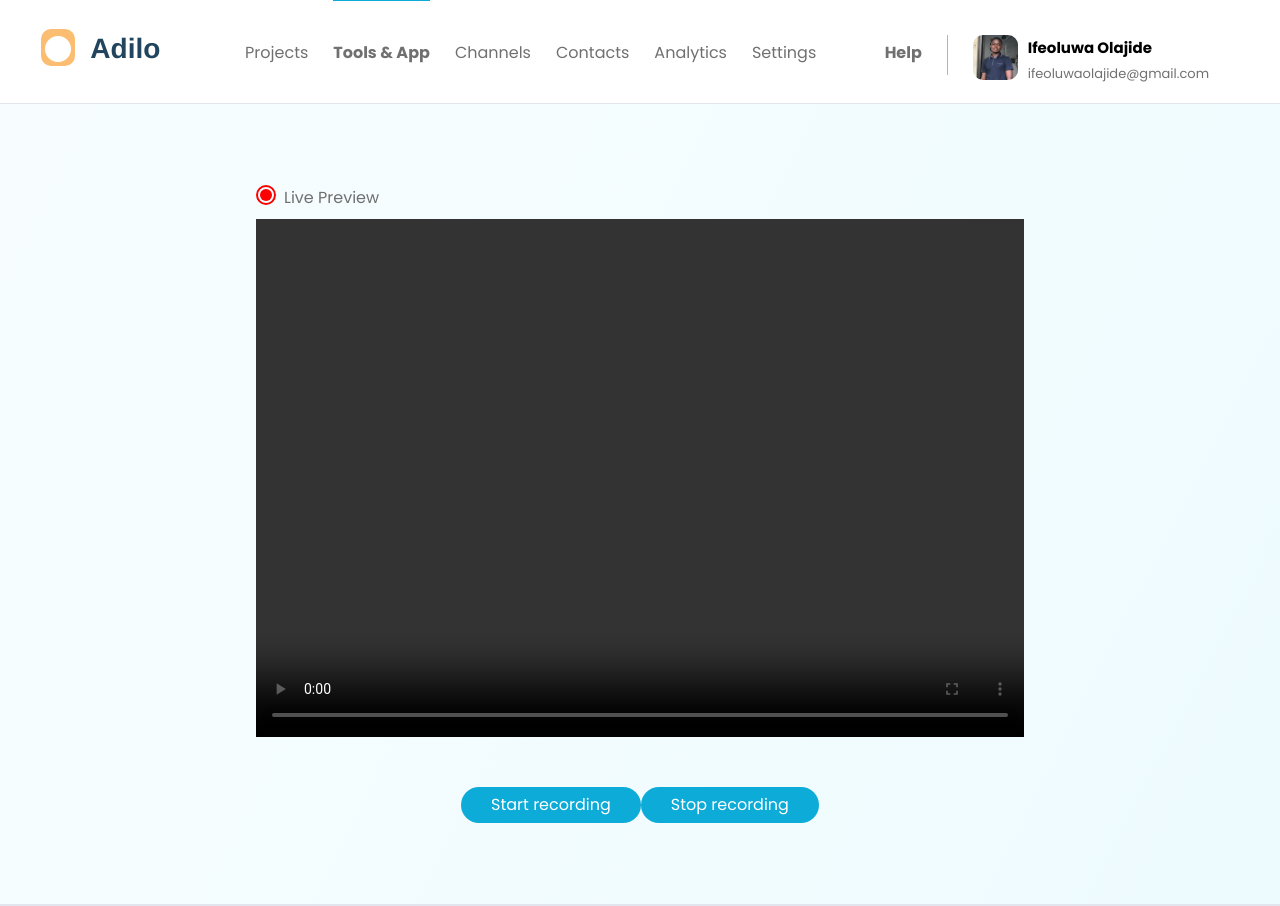
Repository: olhighjay/video_recorder
Page: /
These files come from the project's save history. The page is drawn as it stood at one moment and after the next save; the edit follows.
The browser window is 1280 px wide. The pictures show the whole page.
Some web libraries are served in a nearby version. The project was rebuilt for these pictures with package versions that can differ from the ones it lists, and the page was loaded fresh each time. Also part of the build but not shown: vue.config.js, src/components/DataTable.vue, src/components/EmptyRecorded.vue.

Above is the page before, as saved 2022-07-29 18:46:24.

### public/index.html
<!DOCTYPE html>
<html lang="">
  <head>
    <meta charset="utf-8">
    <meta http-equiv="X-UA-Compatible" content="IE=edge">
    <meta name="viewport" content="width=device-width,initial-scale=1.0">
    <link rel="icon" href="<%= BASE_URL %>favicon.ico">
    <title><%= htmlWebpackPlugin.options.title %></title>
    <link rel="stylesheet" href="https://cdn.jsdelivr.net/npm/bootstrap@4.0.0/dist/css/bootstrap.min.css" integrity="sha384-Gn5384xqQ1aoWXA+058RXPxPg6fy4IWvTNh0E263XmFcJlSAwiGgFAW/dAiS6JXm" crossorigin="anonymous">
    <link rel="stylesheet" href="https://cdnjs.cloudflare.com/ajax/libs/font-awesome/6.1.2/css/all.min.css" integrity="sha512-1sCRPdkRXhBV2PBLUdRb4tMg1w2YPf37qatUFeS7zlBy7jJI8Lf4VHwWfZZfpXtYSLy85pkm9GaYVYMfw5BC1A==" crossorigin="anonymous" referrerpolicy="no-referrer" />
  </head>
  <body>
    <noscript>
      <strong>We're sorry but <%= htmlWebpackPlugin.options.title %> doesn't work properly without JavaScript enabled. Please enable it to continue.</strong>
    </noscript>
    <div id="app"></div>
    <!-- built files will be auto injected -->

    <script src="https://cdnjs.cloudflare.com/ajax/libs/font-awesome/6.1.2/js/all.min.js" integrity="sha512-8pHNiqTlsrRjVD4A/3va++W1sMbUHwWxxRPWNyVlql3T+Hgfd81Qc6FC5WMXDC+tSauxxzp1tgiAvSKFu1qIlA==" crossorigin="anonymous" referrerpolicy="no-referrer"></script>
    <script src="https://code.jquery.com/jquery-3.2.1.slim.min.js" integrity="sha384-KJ3o2DKtIkvYIK3UENzmM7KCkRr/rE9/Qpg6aAZGJwFDMVNA/GpGFF93hXpG5KkN" crossorigin="anonymous"></script>
    <script src="https://cdn.jsdelivr.net/npm/popper.js@1.12.9/dist/umd/popper.min.js" integrity="sha384-ApNbgh9B+Y1QKtv3Rn7W3mgPxhU9K/ScQsAP7hUibX39j7fakFPskvXusvfa0b4Q" crossorigin="anonymous"></script>
    <script src="https://cdn.jsdelivr.net/npm/bootstrap@4.0.0/dist/js/bootstrap.min.js" integrity="sha384-JZR6Spejh4U02d8jOt6vLEHfe/JQGiRRSQQxSfFWpi1MquVdAyjUar5+76PVCmYl" crossorigin="anonymous"></script>
  </body>
</html>

### src/App.vue
<template>
  <div>
    <navbar></navbar>
    <div id="main-flex">
      <div v-if="false" class="my-sidebar">
        <ul class="my-sidebar-items">
            <li class="sidebar-item-active"> <img src="./assets/video-player.png" alt=""> &nbsp; My Recordings</li>
            <li> <i class="fa fa-share-alt" style="color:#102346"></i> &nbsp; Requested</li>
        </ul>
      </div>
      <div v-if="false" class="my-main">
        <div class="my-main-container">
          <div><small class="breadcrumbs">Snapbyte <i class="fa fa-angle-right" style="font-weight:200"></i> My Recordings</small></div>
          <div class="subheading-tab">
            <div> <span class="my-recordings">My Recordings </span><span class="my-recordings-count">25</span> </div>
            <div>
              <button class="sub-heading-btn white-btn">
                <i class="fa fa-long-arrow-down" aria-hidden="true"></i>
                <i class="fa fa-long-arrow-up" aria-hidden="true"></i>
                By Date
              </button>
              <button class="sub-heading-btn white-btn">
                <i class="fa-solid fa-filter"></i>
                Add Filter
              </button>
              <button class="sub-heading-btn blue-btn">
                <i class="fa fa-video"></i>
                New Request
              </button>
              <button class="sub-heading-btn red-btn">
                <span class="rec">REC</span>
                Start Recording
              </button>
            </div>
          </div>

          <empty-recorded></empty-recorded>

          <data-table v-if="true"></data-table>
          <!-- Button trigger modal -->
<button type="button" class="btn btn-primary" data-toggle="modal" data-target="#recordOptions">
Launch demo modal
</button>

<!-- Modal -->
<div class="modal fade" id="recordOptions" tabindex="-1" role="dialog" aria-labelledby="recordOptions" aria-hidden="true">
<div class="modal-dialog modal-dialog-centered" role="document">
  <div class="modal-content">
    <div class="modal-header">
      <h5 class="my-modal-title">New Recording</h5>
      <button type="button" class="close" data-dismiss="modal" aria-label="Close">
        <span aria-hidden="true"><i class="fa fa-xmark"></i></span>
      </button>
    </div>
    <div class="modal-body">
      <p class="save-in">Save the recording in</p>
      <div>
        <select class="save-option">
          <Option value="" key="">Select a project</Option>
          <Option value="" key="">Project 1</Option>
          <Option value="" key="">Project 2</Option>
          <Option value="" key="">Project 3</Option>
          <Option value="" key="">Project 4</Option>
        </select>
      </div>
      <div style="margin-top: 35px;">
        <div class="record">
          <div class="record-name">Record screen</div>
          <div class="record-switch">
            <label class="switch">
              <input type="checkbox">
              <span class="slider round"></span>
            </label>
          </div>
        </div>
        <div class="record">
          <div class="record-name">Record camera</div>
          <div class="record-switch">
            <label class="switch">
              <input type="checkbox">
              <span class="slider round"></span>
            </label>
          </div>
        </div>
        <div class="record">
          <div class="record-name">Record mic</div>
          <div class="record-switch">
            <label class="switch">
              <input type="checkbox">
              <span class="slider round"></span>
            </label>
          </div>
        </div>
      </div>
    </div>
    <div class="text-center">
      <button type="button" class="start-recording-btn">Start Recording</button>
    </div>
  </div>
</div>
</div>
        </div>
      </div>
    </div>
    <div class="record-page">
      <div class="view-frame-wrapper">
        <div class="d-flex mb-2">
          <div class="live-icon-wrapper">
            <div class="live-icon" ></div>
          </div>
          <div class="ml-2">Live Preview</div>
        </div>
        <div class="view-frame">
          <!-- <div v-if="myPermissionAccepted" style="height:100%"> -->
          <div v-if="true" style="height:100%">
            <video v-show="!recorded" controls muted id="my-video-feedback" class=" bg-black w-full h-auto"></video>
            <video v-show="recorded" id="my-recorded-video" controls class="recorded-video bg-black w-full h-auto"></video>
          </div>
        </div>
        <div class="text-center start-recording-wrapper">
          <button @click="startScreenRecording" class="start-recording">Start recording</button>
          <!-- <button @click="stopAndSaveRecordingCamVideo(mediaVideoRec)" class="start-recording">Stop recording</button> -->
          <button @click="stopScreenRecording()" class="start-recording">Stop recording</button>
        </div>
      </div>
    </div>
  </div>
</template>

<script>
// import HelloWorld from './components/HelloWorld.vue'
import Navbar from './layouts/Navbar.vue'
import DataTable from '@/components/DataTable'
import EmptyRecorded from '@/components/EmptyRecorded'

export default {
  name: 'App',
  components: {
    Navbar,
    DataTable,
    EmptyRecorded
  },
  data() {
    return {
      recorded: false,
      myPermissionAccepted: false,
      myStream: null,
      mediaVideoRec: null,

      stream: null,
      audio: null,
      mixedStream: null,
      chunks: [],
      recorder: null,
      recordedVideo: null,

      recordAudio: false,
      recordVideo: false,
      recordScreen: false,
    }
  },
  methods: {
    async startCamVideo() {
      let vidRecordOptions = {
          audio: {
              echoCancellation: true,
              noiseSuppression: true,
          },
          video: {
              facingMode: "user",
          }
      };
      let mediaStreamObj = null;

      try{
      // // Request access to use the mic and video
       mediaStreamObj = await navigator.mediaDevices.getUserMedia(vidRecordOptions)
      // // navigator.mediaDevices.getDisplayMedia(vidRecordOptions)

        await this.updatePermit();
      //     //connect the media stream to the first video element
          let myVideo = document.getElementById('my-video-feedback');
      //     // create a video url from the callback response object
          if ("srcObject" in myVideo) {
              myVideo.srcObject = mediaStreamObj;
          } else {
              //old version
              myVideo.src = window.URL.createObjectURL(mediaStreamObj);
          }
      //     //show in the video element what is being captured by device's camera
          myVideo.onloadedmetadata = function(ev) {
            ev;
              // automatically start playing what is being captured by device's camera
              myVideo.play();
          };
          await this.updateMyStream(mediaStreamObj);

      //     //add listeners for saving video/audio
      //     let start = document.getElementById('btnStart');
      //     let stop = document.getElementById('btnStop');

          // }, 8000);
      }
      catch(err) {
        err;
        // this.myPermissionAccepted=false;
      }
      console.log('i am'+this.myPermissionAccepted);
    },
    updatePermit(){
      console.log('believe');
      this.myPermissionAccepted = true;
    },
    async updateMyStream(mStream) {
      console.log(mStream);
      this.myStream = await mStream;
    },
    recordCamVideo() {
      // let vidSave = document.getElementById('my-recorded-video');
      console.log(this.recorded);
      // console.log(vidSave);
      //     // Initiate video recording
          let mediaRecorder = new MediaRecorder(this.myStream);
          // let chunks = [];
          this.mediaVideoRec = mediaRecorder;
          mediaRecorder.start();
          setTimeout(() => {
          //   mediaRecorder.stop();
          //   mediaRecorder.ondataavailable = function(ev) {
          //     chunks.push(ev.data);
          //   };
          //   mediaRecorder.onstop = (ev)=>{
          //       ev
          //       let blob = new Blob(chunks, { 'type' : 'video/mp4;' });
          //       chunks = [];
          //       let videoURL = window.URL.createObjectURL(blob);
          //       vidSave.src = videoURL;
          //   }
          // this.recorded = true;
          }, 8000);
    },
    async stopAndSaveRecordingCamVideo(vidRecorder) {
      let vidSave = document.getElementById('my-recorded-video');
      let chunks = [];
      await vidRecorder.stop();
      vidRecorder.ondataavailable = await function(ev) {
        chunks.push(ev.data);
      };
      vidRecorder.onstop = (ev)=>{
          ev
          let blob = new Blob(chunks, { 'type' : 'video/mp4;' });
          chunks = [];
          let videoURL = window.URL.createObjectURL(blob);
          vidSave.src = videoURL;
      }
      this.recorded = true;
    },
    async startScreenRecording() {
      // this.recorded = true;
      this.recordedVideo = document.getElementById('my-recorded-video');
      console.log(this.recordedVideo);
      await this.setupStream();
      let mixedStream;
      if(this.stream) {
        if (this.stream && this.audio) {
          mixedStream = new MediaStream([...this.stream.getTracks(), ...this.audio.getTracks()]);
        } else {
          mixedStream = new MediaStream(this.stream.getTracks());
        }
        this.recorder = await new MediaRecorder(mixedStream);
        this.recorder.ondataavailable = this.handleDataAvailable;
        this.recorder.onstop = this.handleStop;
        await this.recorder.start(1000);

        // startButton.disabled = true;
        // stopButton.disabled = false;
      } else {
        console.warn('No stream available.');
      }
    },
    async setupStream () {
      try {
        this.stream = await navigator.mediaDevices.getDisplayMedia({
          video: { mediaSource: "screen" },
        });

        console.log(this.stream);

        this.audio = await navigator.mediaDevices.getUserMedia({
          audio: {
            echoCancellation: true,
            noiseSuppression: true,
            sampleRate: 44100,
          },
        });

      } catch (err) {
        console.error(err)
      }
    },
    async handleDataAvailable (e) {
      await this.chunks.push(e.data);
    },
    async handleStop (e) {
      e;
      const blob = new Blob(this.chunks, { 'type' : 'video/mp4' });
      this.chunks = [];

      // downloadButton.href = URL.createObjectURL(blob);
      // downloadButton.download = 'video.mp4';
      // downloadButton.disabled = false;

      this.recordedVideo.src = URL.createObjectURL(blob);
      this.recordedVideo.load();
      this.recordedVideo.onloadeddata = function() {
        // const rc = document.querySelector(".recorded-video-wrap");
        // rc.classList.remove("hidden");
        // rc.scrollIntoView({ behavior: "smooth", block: "start" });

        this.recordedVideo.play();
      }

      this.stream.getTracks().forEach((track) => track.stop());
      this.audio.getTracks().forEach((track) => track.stop());

      console.log('Recording stopped');
    },
    async stopScreenRecording () {
      console.log('done');
      await this.recorder.stop();
      this.recorded = true;
      console.log(this.recordedVideo);
      console.log(this.recorder);

      // startButton.disabled = false;
      // stopButton.disabled = true;
    }

  },
  async created() {
    // window.removeEventListener('onload',this.recordVideo)
    this.recordedVideo = await document.getElementById('my-recorded-video');
    await this.startScreenRecording();
    // this.startCamVideo();
  }
}
</script>


<style>
 @import url('https://fonts.googleapis.com/css2?family=Poppins:wght@400;500;700&display=swap');

#main-flex {
  display: flex;
  width: 100%;
}

.record-page {
  background: transparent linear-gradient(117deg, #0dacd85d 0%, #eafaff5d 0%, #d3f5fe65 100%) 0% 0% no-repeat padding-box;
  width: 100%;
  padding: 81px 20%;
}
.view-frame-wrapper {
  margin: 0 auto;
  max-width: 965px;
}
.view-frame {
  height: 518px;
  background: #21455E 0% 0% no-repeat padding-box;
  border-radius: 8px;
}
.live-icon-wrapper {
  border: 2px solid red;
  border-radius: 50%;
  height:20px;
  width:20px;
}
.live-icon {
  background-color:red;
  border-radius: 50%;
  height:12px;
  width:12px;
  margin: 10% auto;
}
.start-recording-wrapper {
  margin-top: 50px;
}
.start-recording {
  padding: 5px 30px;
  background: #0DABD8 0% 0% no-repeat padding-box;
  border-radius: 32px;
  border: none;
  color: #fff;
}



.my-sidebar {
  flex: 0 0 240px;
  /* width: 20%; */
  /* height: 100%; */
  background-color: #ebf2f656;
  border-right: 2px solid #21455e54;
  /* border-right: 2px solid #21455E; */
  /* width:250px; */
}
.my-sidebar-items {
  list-style: none;
  padding: 20px 0;
}
.my-sidebar-items>li {
  margin : 10px 12px 10px 18px;
  padding: 7px 20px ;
}
.sidebar-item-active {
  background-color: #E2E5ED;
  border: 2px solid #0DABD838;
  border-radius: 10px;
}





.my-main {
  flex: 1;
  flex-wrap: wrap;
}
.my-main-container {
  padding: 1.5% 8.5%;
}
.subheading-tab {
  display: flex;
  justify-content: space-between;
}
.sub-heading-btn {
  padding: 3px 15px;
  border-radius: 20px;
  margin-left: 15px;
  font-size: 14px;
}
.white-btn {
  border: 1px solid #E2E5ED;
  background-color: white;
  color: #637C8E;
}
.blue-btn {
  border: none;
  background-color: #0DABD8;
  color: #fff;
}
.red-btn {
  border: none;
  background-color: #EF5350;
  color: #fff;
}
.my-recordings, .my-recordings-count {
  font-size: 24px;
  color: #000
}
.my-recordings {
  color: #000
}
.my-recordings-count {
  color: #637C8E;
  font-weight: 600;
}
.breadcrumbs {
  color:#637C8E;
}
.rec {
  color:#000;
  background-color:#fff;
  border-radius:50%;
  padding:3px 1px;
  font-size:10px;
}



.save-option {
  width:100%;
  background: #F8FAFB 0% 0% no-repeat padding-box;
  border: 1px solid #E2E5ED;
  border-radius: 8px;
  padding:8px 20px;
}
.modal-dialog {
  max-width: 400px !important;
}
.modal-content {
  padding-bottom: 30px !important;
}
.modal-body {
  padding:30px !important;
}
.my-modal-title {
  color:#000;
  font-size: 22px;
  padding-left: 14px;
}
.record {
  margin-top: 15px;
  display: flex;
  justify-content: space-between;
}
.record-name {
  color: #21455E;
  font-size: 18px;
}
.save-in {
  color:black;
  font-size:16px;
}
.start-recording-btn {
  background: #0DABD8 0% 0% no-repeat padding-box;
  border-radius: 28px;
  font-size:18px;
  padding:5px 55px;
  border: none;
  color:#fff;
}


.switch {
  position: relative;
  top: 10px;
  display: inline-block;
  width: 50px;
  height: 13px;
}

.switch input {
  opacity: 0;
  width: 0;
  height: 0;
}

.slider {
  position: absolute;
  cursor: pointer;
  top: -10px;
  left: 0;
  right: 0;
  bottom: 0;
  background-color: #ccc;
  -webkit-transition: .4s;
  transition: .4s;
}

.slider:before {
  position: absolute;
  content: "";
  height: 15px;
  width: 15px;
  left: 4px;
  bottom: 4px;
  background-color: white;
  -webkit-transition: .4s;
  transition: .4s;
}

input:checked + .slider {
  background-color: #1bd85a;
}

input:focus + .slider {
  box-shadow: 0 0 1px #1bd85a;
}

input:checked + .slider:before {
  -webkit-transform: translateX(26px);
  -ms-transform: translateX(26px);
  transform: translateX(26px);
}

/* Rounded sliders */
.slider.round {
  border-radius: 34px;
}

.slider.round:before {
  border-radius: 50%;
}


button:hover {
  cursor: pointer;
}
#app {
  font-family: Avenir, Helvetica, Arial, sans-serif;
  font: normal normal normal 14px/26px Poppins;
  -webkit-font-smoothing: antialiased;
  -moz-osx-font-smoothing: grayscale;
   /* text-align: center; */
   font-size: 16px;
  color: #707070;
  border-bottom: solid 2px #E2E5ED;
  overflow: hidden;
  /* margin-top: 60px;  */
}

#my-video-feedback::-webkit-media-controls-volume-slider {
        display: none;
}
#my-video-feedback::-webkit-media-controls-mute-button {
        display: none;
}
#my-video-feedback, #my-recorded-video {
  width:100%;
  height:100%;
}


</style>

### src/layouts/Navbar.vue
<template>
    <nav class="">
      <div class="nav-logo-area">
        <div class="nav-logo-area-inner">
          <div class="white-logo-wrap">
            <span class="white-logo-bkg">
            <img alt="Adilo logo" src="../assets/swarm.png">
            </span>
          </div>
          <div class="adilo">Adilo</div>
        </div>
      </div>
      <div class="nav-tab">
        <ul class="my-nav-list">
          <li><a>Projects</a></li>
          <li class="active-nav-item"> <a>Tools & App</a></li>
          <li><a>Channels</a></li>
          <li><a>Contacts</a></li>
          <li><a>Analytics</a></li>
          <li><a>Settings</a></li>
        </ul>
      </div>
      <div class="nav-profile">
        <ul class="my-nav-list">
          <li><a><b>Help</b></a></li>
        </ul>
        <div class="profile-info">
          <div class="profile-border"></div>
          <div >
            <img alt="Profile Image" src="../assets/profile.jpg" class="profile-img">
          </div>
          <div style="margin-left:10px">
            <span class="profile-name">Ifeoluwa Olajide </span>
            <p class="profile-email">ifeoluwaolajide@gmail.com</p>
          </div>
        </div>
      </div>
    </nav>
</template>
<script>
export default {
    name: 'NavbarComponent'
}
</script>
<style>
     nav {
    display: flex;
    /* height: 69px; */
    padding: 0 0.032%;
    border-bottom: solid 1px #E2E5ED;
  }

  .nav-logo-area {
    flex: 0 0 16%;
    padding-left: 3.2%;
    padding-top: 19px;
    padding-bottom: 27px;
  }
  .nav-logo-area-inner {
    display: flex;
  }
  .nav-tab {
    flex: 0 0 50%;
  }
  .nav-profile {
    flex: 0 0 34%;
    display: flex;
  }
  .my-nav-list {
    list-style: none;
    padding-top: 40px;
  }
  .my-nav-list>li {
    display: inline;
    margin-right: 25px;
    padding-top: 40px;
  }
  .my-nav-list>li>a {
    text-align: left;
    /* font: normal normal normal 18px/27px Poppins; */
    letter-spacing: 0px;
    color: #707070;
    opacity: 1
  }
  .white-logo-wrap {
    padding-top:16px;
  }
  .white-logo-bkg {
    background-color:#FBBD71;
    padding:7px 4px;
    border-radius:10px;
  }
  .adilo {
    font: normal normal bold 28px/32px Helvetica;
    font-size:28px;
    margin-left:15px;
    font-weight:bold;
    color:#21455E;
    padding-top:14px;
  }
  .profile-info {
    padding-top:35px;
    display:flex;
  }
  .active-nav-item {
    border-top: 6px solid #0DABD8;
    font-weight: 600;
  }
  .profile-border {
    border-left: 1px solid #A3BAC6;
    padding-left:25px;
    height:40px;
  }
  .profile-img {
    width:45px; height: 45px;
    border-radius:10px;
  }
  .profile-name {
    font-weight:bold;
    font-size:15px;
    color:black;
  }
  .profile-email {
    font-size:13px;
  }
</style>

Loaded but not shown: src/main.js (common file)

After the next save:
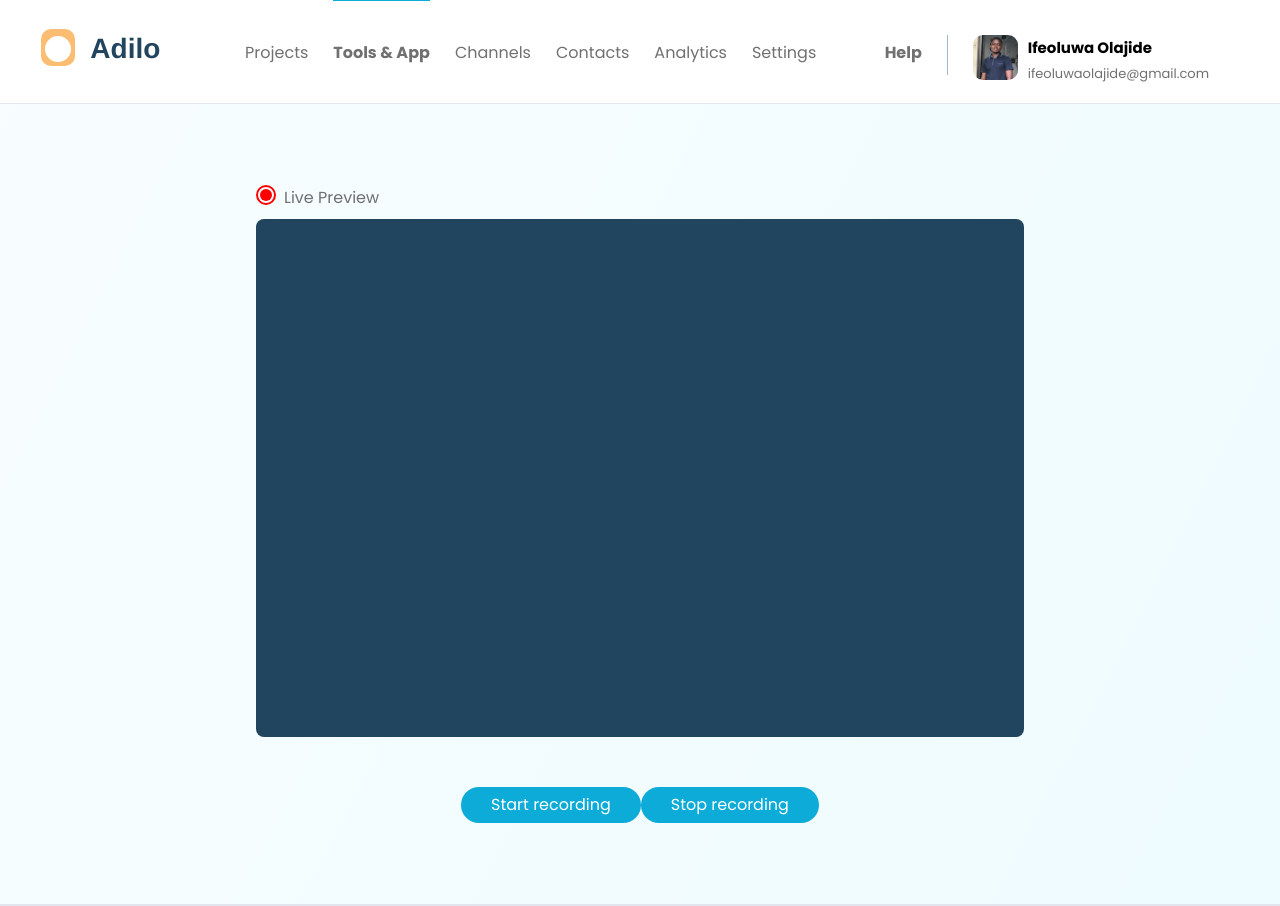
Saved 4 min 52 s later.
--- a/src/App.vue
+++ b/src/App.vue
@@ -111,8 +111,8 @@ Launch demo modal
           <div class="ml-2">Live Preview</div>
         </div>
         <div class="view-frame">
-          <!-- <div v-if="myPermissionAccepted" style="height:100%"> -->
-          <div v-if="true" style="height:100%">
+          <div v-if="myPermissionAccepted" style="height:100%">
+          <!-- <div v-if="true" style="height:100%"> -->
             <video v-show="!recorded" controls muted id="my-video-feedback" class=" bg-black w-full h-auto"></video>
             <video v-show="recorded" id="my-recorded-video" controls class="recorded-video bg-black w-full h-auto"></video>
           </div>
@@ -284,7 +284,9 @@ export default {
           video: { mediaSource: "screen" },
         });
 
-        console.log(this.stream);
+        if(this.stream) {
+          await this.updatePermit();
+        }
 
         this.audio = await navigator.mediaDevices.getUserMedia({
           audio: {
